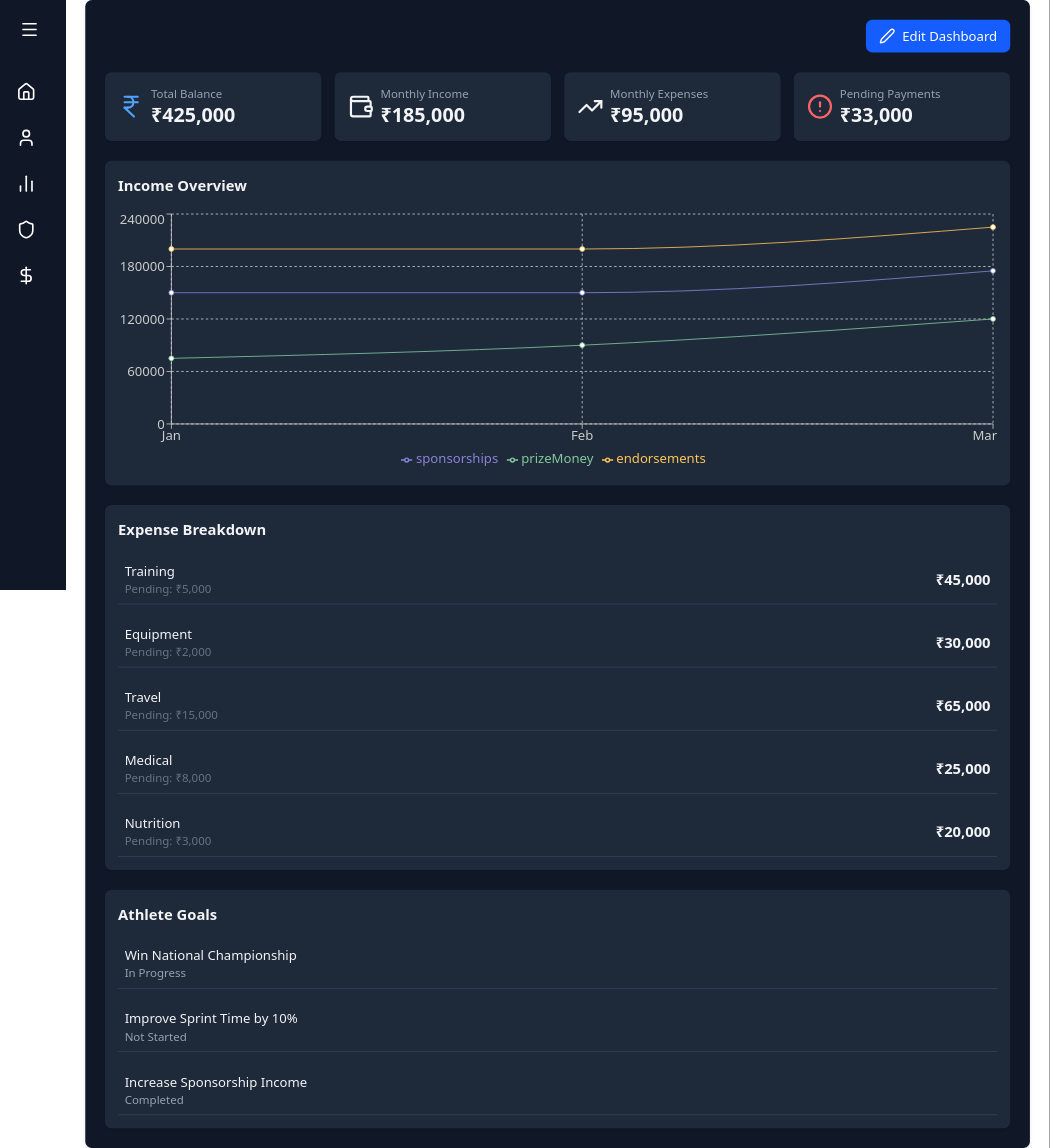
Repository: Shovon0004/Athlete
Page: /financial (app in Athlete/)
An editor plug-in stored every save of this project. The page is shown before and after the next save, followed by the edit.
The browser window is 1280 px wide. The pictures show the whole page, at 82% of full size.
The project was rebuilt for these pictures with package versions that can differ from the ones it lists, and the page was loaded fresh each time. Also part of the build but not shown: Athlete/vite.config.js, Athlete/src/components/AppointmentPage.jsx, Athlete/src/components/News.jsx, Athlete/src/components/SportsPage.jsx, Athlete/src/components/HeroPage.jsx.

Above is the page before, as saved 2025-01-27 21:18:55.

After the next save:
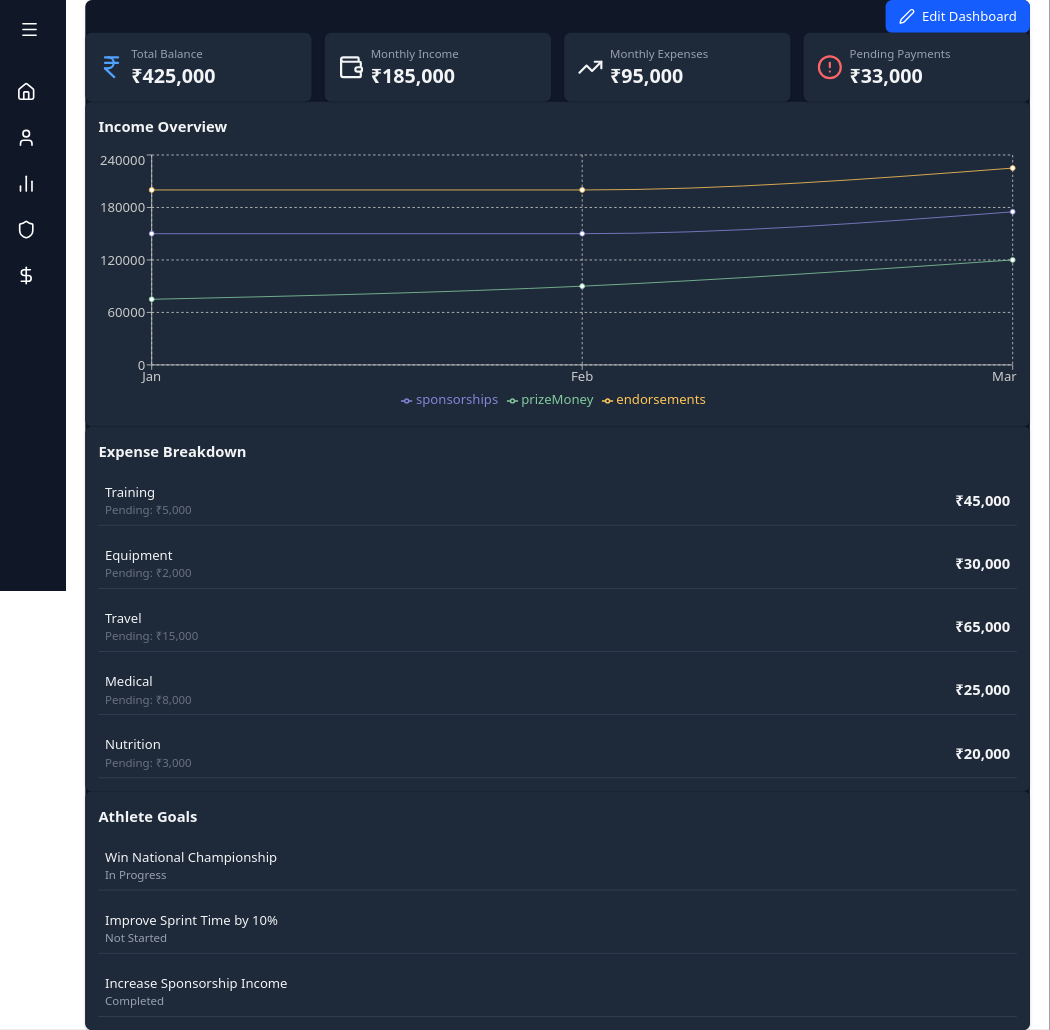
Saved 105 s later.
--- a/Athlete/src/components/EditableFinanceDashboard.jsx
+++ b/Athlete/src/components/EditableFinanceDashboard.jsx
@@ -89,7 +89,7 @@
   };
 
   return (
-    <div className="w-full max-w-6xl mx-auto p-6 space-y-6 bg-gray-900 text-gray-100 rounded-lg shadow-md">
+    <div className="w-full max-w-6xl mx-auto  bg-gray-900 text-gray-100 rounded-lg shadow-md">
       {/* Edit Mode Toggle */}
       <div className="flex justify-end">
         <motion.button

After the 2 saves that followed:
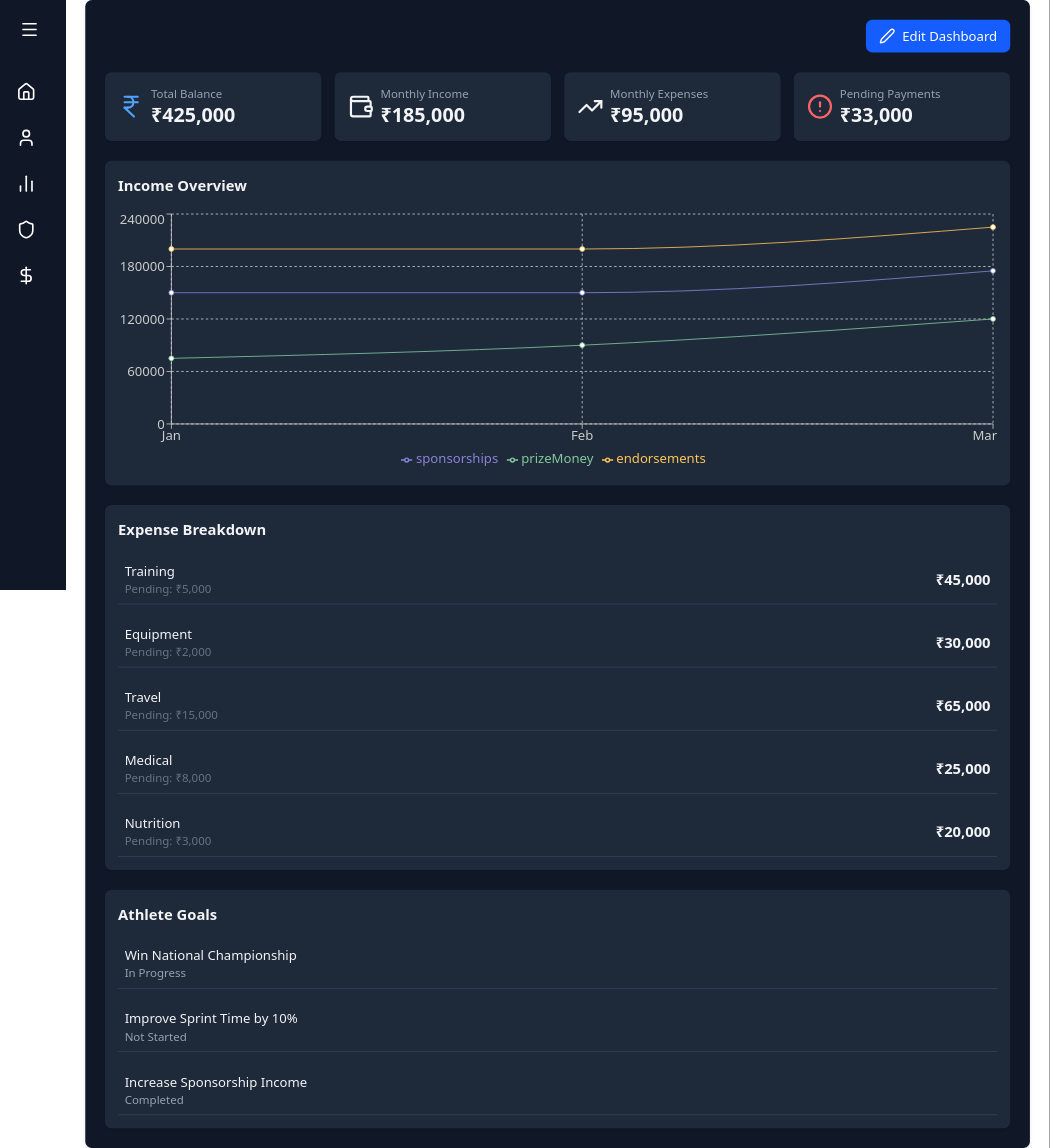
The 2 saves are shown as one change because they came seconds apart.
The last was saved 11 s later.
--- a/Athlete/src/components/EditableFinanceDashboard.jsx
+++ b/Athlete/src/components/EditableFinanceDashboard.jsx
@@ -89,7 +89,7 @@
   };
 
   return (
-    <div className="w-full max-w-6xl mx-auto  bg-gray-900 text-gray-100 rounded-lg shadow-md">
+    <div className="w-full max-w-6xl mx-auto p-6 space-y-6 bg-gray-900 text-gray-100 rounded-lg shadow-md">
       {/* Edit Mode Toggle */}
       <div className="flex justify-end">
         <motion.button
